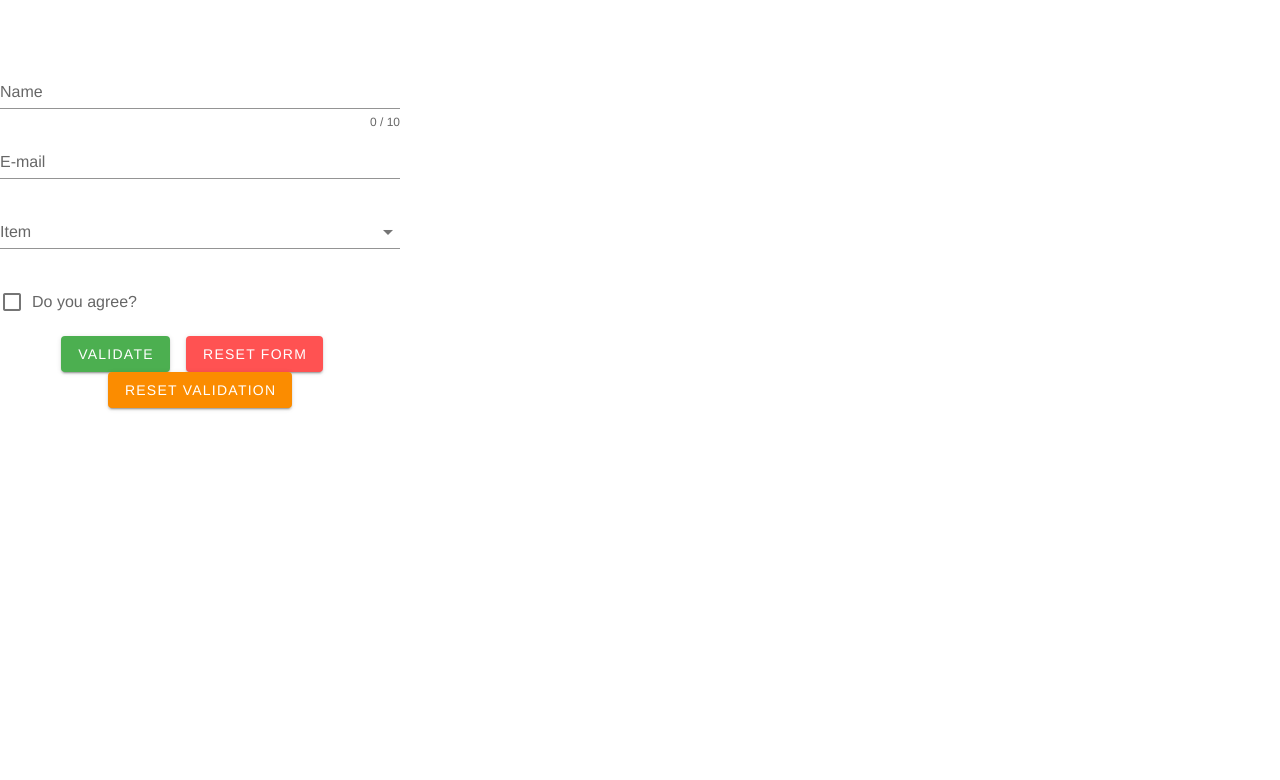
Repository: Natanhel/klitat-tash
Page: /
An editor plug-in stored every save of this project. The page is shown before and after the next save, followed by the edit.
The browser window is 1280 px wide. The pictures show the whole page.
The page's requests for data from a server got no answer. The project was rebuilt for these pictures with package versions that can differ from the ones it lists, and the page was loaded fresh each time. No one was signed in, and anything a server would have sent is missing. Also part of the build but not shown: vue.config.js.

Above is the page before, as saved 2020-12-01 16:51:56.

### src/App.vue
<template>
  <v-app id="app">

    <v-form
      ref="form"
      v-model="valid"
      lazy-validation
    >
      <v-text-field
        v-model="name"
        :counter="10"
        :rules="nameRules"
        label="Name"
        required
      ></v-text-field>

      <v-text-field
        v-model="email"
        :rules="emailRules"
        label="E-mail"
        required
      ></v-text-field>

      <v-select
        v-model="select"
        :items="items"
        :rules="[v => !!v || 'Item is required']"
        label="Item"
        required
      ></v-select>

      <v-checkbox
        v-model="checkbox"
        :rules="[v => !!v || 'You must agree to continue!']"
        label="Do you agree?"
        required
      ></v-checkbox>

      <v-btn
        :disabled="!valid"
        color="success"
        class="mr-4"
        @click="validate"
      >
        Validate
      </v-btn>

      <v-btn
        color="error"
        class="mr-4"
        @click="reset"
      >
        Reset Form
      </v-btn>

      <v-btn
        color="warning"
        @click="resetValidation"
      >
        Reset Validation
      </v-btn>
    </v-form>
  </v-app>
</template>

<script>
import axios from 'axios';

export default {
  name: 'App',
  mounted(){
    // login
    const data = JSON.stringify({"password":"passward","email":"natanhelp@gmail.com"});

    const config = {
      method: 'post',
      url: 'https://nat-task-manager.herokuapp.com/users/login',
      headers: {
        'Content-Type': 'application/json'
      },
      data : data
    };

    axios(config)
      .then((response) => {
        console.log(JSON.stringify(response.data));
      })
      .catch((error) => {
        console.log(error);
      })
  },

  data: () => ({
    valid: true,
    name: '',
    nameRules: [
      v => !!v || 'Name is required',
      v => (v && v.length <= 10) || 'Name must be less than 10 characters',
    ],
    email: '',
    emailRules: [
      v => !!v || 'E-mail is required',
      v => /.+@.+\..+/.test(v) || 'E-mail must be valid',
    ],
    select: null,
    items: [
      'Item 1',
      'Item 2',
      'Item 3',
      'Item 4',
    ],
    checkbox: false,
  }),
  methods: {
    validate () {
      this.$refs.form.validate()
    },
    reset () {
      this.$refs.form.reset()
    },
    resetValidation () {
      this.$refs.form.resetValidation()
    },
  },
}
</script>

<style>
#app {
  font-family: Avenir, Helvetica, Arial, sans-serif;
  -webkit-font-smoothing: antialiased;
  -moz-osx-font-smoothing: grayscale;
  text-align: center;
  color: #2c3e50;
  margin-top: 60px;
}

form
{
  width: 400px;
}

#app
{
  display: flex;
  align-items: center;
  justify-content: center;
}
</style>

Loaded but not shown: public/index.html (common file); src/main.js (common file); src/plugins/vuetify.js (common file)

After the next save:
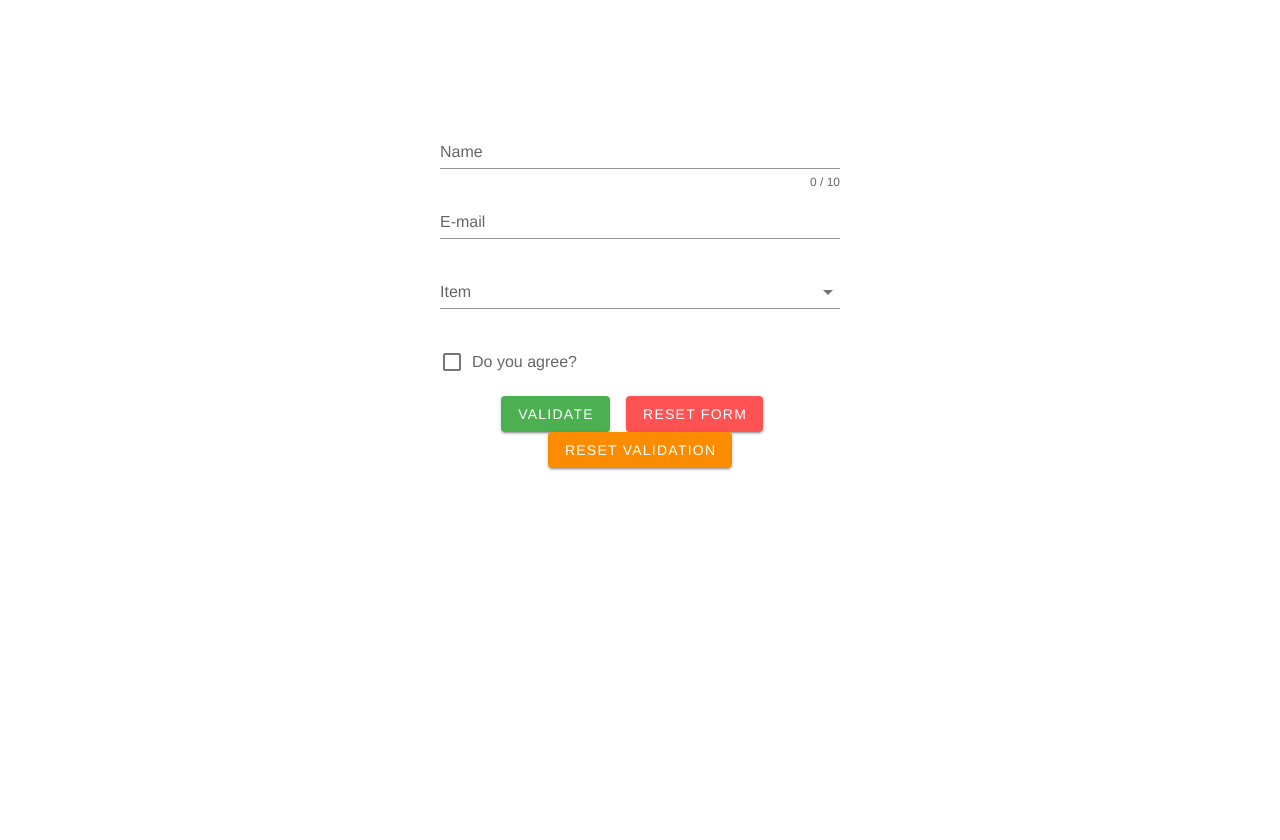
Saved 30 s later.
--- a/src/App.vue
+++ b/src/App.vue
@@ -1,66 +1,67 @@
 <template>
-  <v-app id="app">
+  <div id="app">
+    <v-app>
+      <v-form
+        ref="form"
+        v-model="valid"
+        lazy-validation
+      >
+        <v-text-field
+          v-model="name"
+          :counter="10"
+          :rules="nameRules"
+          label="Name"
+          required
+        ></v-text-field>
 
-    <v-form
-      ref="form"
-      v-model="valid"
-      lazy-validation
-    >
-      <v-text-field
-        v-model="name"
-        :counter="10"
-        :rules="nameRules"
-        label="Name"
-        required
-      ></v-text-field>
+        <v-text-field
+          v-model="email"
+          :rules="emailRules"
+          label="E-mail"
+          required
+        ></v-text-field>
 
-      <v-text-field
-        v-model="email"
-        :rules="emailRules"
-        label="E-mail"
-        required
-      ></v-text-field>
+        <v-select
+          v-model="select"
+          :items="items"
+          :rules="[v => !!v || 'Item is required']"
+          label="Item"
+          required
+        ></v-select>
 
-      <v-select
-        v-model="select"
-        :items="items"
-        :rules="[v => !!v || 'Item is required']"
-        label="Item"
-        required
-      ></v-select>
+        <v-checkbox
+          v-model="checkbox"
+          :rules="[v => !!v || 'You must agree to continue!']"
+          label="Do you agree?"
+          required
+        ></v-checkbox>
 
-      <v-checkbox
-        v-model="checkbox"
-        :rules="[v => !!v || 'You must agree to continue!']"
-        label="Do you agree?"
-        required
-      ></v-checkbox>
+        <v-btn
+          :disabled="!valid"
+          color="success"
+          class="mr-4"
+          @click="validate"
+        >
+          Validate
+        </v-btn>
 
-      <v-btn
-        :disabled="!valid"
-        color="success"
-        class="mr-4"
-        @click="validate"
-      >
-        Validate
-      </v-btn>
+        <v-btn
+          color="error"
+          class="mr-4"
+          @click="reset"
+        >
+          Reset Form
+        </v-btn>
 
-      <v-btn
-        color="error"
-        class="mr-4"
-        @click="reset"
-      >
-        Reset Form
-      </v-btn>
-
-      <v-btn
-        color="warning"
-        @click="resetValidation"
-      >
-        Reset Validation
-      </v-btn>
-    </v-form>
-  </v-app>
+        <v-btn
+          color="warning"
+          @click="resetValidation"
+        >
+          Reset Validation
+        </v-btn>
+      </v-form>
+    </v-app>
+  </div>
 </template>
 
 <script>
